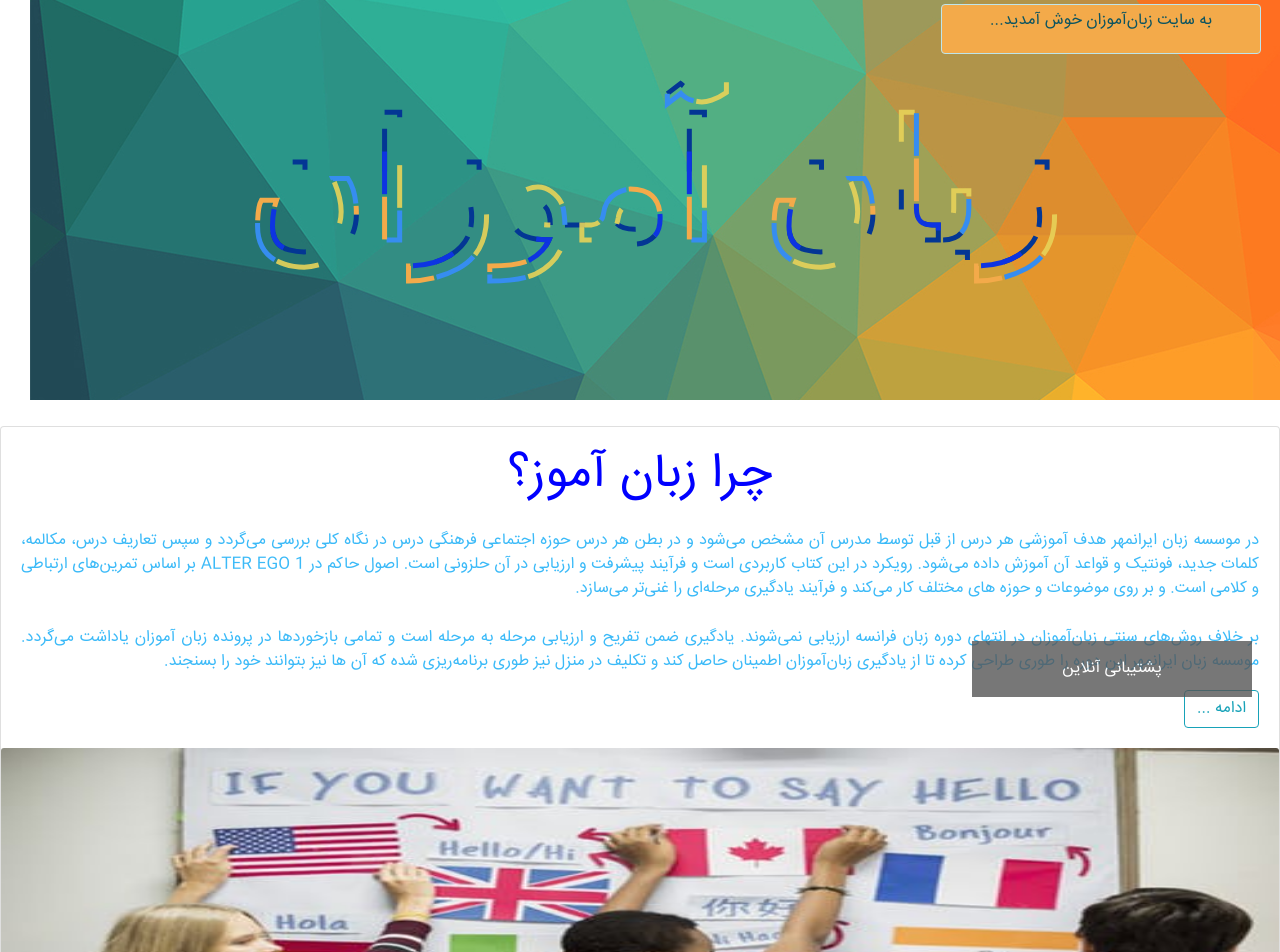
Repository: nikmahla/ZabanAmozan
Page: LanguageWebSite.html
An editor plug-in stored every save of this project. The page is shown before and after a run of saves, followed by the edit.
The browser window is 1280 px wide. The pictures show the part of the page from y = 0 to 952 px (the page is 3961 px tall).
A picture or video elsewhere on the page could not be fetched, so the positions and the page height are approximate.

Above is the page before, as saved 2019-10-11 22:04:22.

### LanguageWebSite.html
<html lang="en">

<head>
    <meta charset="UTF-8">
    <meta name="viewport" content="width=device-width, initial-scale=1.0">
    <meta http-equiv="X-UA-Compatible" content="ie=edge">
    <link rel="stylesheet" href="css/bootstrap.css">
    <link rel="stylesheet" href="css/stylesheet.css">
    <link rel="shortcut icon" href="images/fav.jpg" title="favicon">
    <script src="jquery.min.js"></script>
    <title>Learn New Language</title>
</head>

<body class="container-fluid">

    <div class="row bg-image">
        <svg viewBox="0 0 960 300">
            <symbol id="s-text">
                <text text-anchor="middle" x="50%" y="80%"> زبان آموزان</text>
            </symbol>

            <g class="g-ants">
                <use xlink:href="#s-text" class="text-copy"></use>
                <use xlink:href="#s-text" class="text-copy"></use>
                <use xlink:href="#s-text" class="text-copy"></use>
                <use xlink:href="#s-text" class="text-copy"></use>
                <use xlink:href="#s-text" class="text-copy"></use>
            </g>
        </svg>
    </div>

    <div id="alert" class="alert alert-info p-1 m-1">
        <p class="text-center">به سایت زبان‌آموزان خوش آمدید...</p>
    </div>

    <div class="row">
        <div class="card  " style="margin-top: 2%">
            <div class="card-body">
                <h5 class="card-title card-title-me"> چرا زبان آموز؟ </h5>
                <p class="card-body-me">در موسسه زبان ایرانمهر هدف آموزشی هر درس از قبل توسط مدرس آن مشخص می‌شود و در
                    بطن هر
                    درس حوزه اجتماعی فرهنگی درس در نگاه کلی بررسی می‌گردد و سپس تعاریف درس، مکالمه، کلمات جدید، فونتیک و
                    قواعد آن آموزش داده می‌شود. رویکرد در این کتاب کاربردی است و فرآیند پیشرفت و ارزیابی در آن حلزونی
                    است.
                    اصول حاکم در ALTER EGO 1 بر اساس تمرین‌های ارتباطی و کلامی است. و بر روی موضوعات و حوزه های مختلف
                    کار
                    می‌کند و فرآیند یادگیری مرحله‌‌ای را غنی‌تر می‌سازد.</p>
                <p class="card-body-me">
                    بر خلاف روش‌های سنتی زبان‌آموزان در انتهای دوره زبان فرانسه ارزیابی نمی‌شوند. یادگیری ضمن تفریح و
                    ارزیابی مرحله به مرحله است و تمامی بازخوردها در پرونده زبان آموزان یاداشت می‌گردد. موسسه زبان
                    ایرانمهر
                    این دوره را طوری طراحی کرده تا از یادگیری زبان‌آموزان اطمینان حاصل کند و تکلیف در منزل نیز طوری
                    برنامه‌ریزی شده که آن ها نیز بتوانند خود را بسنجند.
                </p>
                <button type="button" class="btn btn-outline-info">ادامه ...</button>

            </div>
            <img src="./images/fl031.jpg" class="card-img-top card-img" alt="">
        </div>
    </div>


    <div class="row ">
        <div class="col-md-6">
            <div class="videoplay ">
                <video class="img-fluid" autoplay="" loop="" playsinline="" muted="">
                    <source type="video/mp4" src="images/class03.mp4">
                </video>
            </div>
        </div>
        <div class="col-md-6 ">
            <h3 class="text-class">
                1.زمان مد نظرتو انتخاب کن
            </h3>
        </div>
    </div>

    <div class="row ">
        <div class="col-md-6 ">
            <h3 class="text-class">
                2.کلاستو انتخاب کن
            </h3>
        </div>
        <div class="col-md-6">
            <div class="videoplay ">
                <video class="img-fluid" autoplay="" loop="" playsinline="" muted="">
                    <source type="video/mp4" src="images/class031.mp4">
                </video>
            </div>
        </div>
    </div>

    <div class="row ">
        <div class="col-md-6">
            <div class="videoplay ">
                <video class="img-fluid" autoplay="" loop="" playsinline="" muted="">
                    <source type="video/mp4" src="images/class033.mp4">
                </video>
            </div>
        </div>
        <div class="col-md-6 ">
            <h3 class="text-class">
                3. برو کلاس
            </h3>
        </div>
    </div>

    <div class="row" style="margin-top:2% ">
        <div class="card card-box" style="width:30%">
            <img class="card-img-top" src="./images/cl8.jpg" alt="Card image">
            <div class="card-body">
                <h4 class="card-title">دوره های آموزش زبان فرانسه متوسطه بزرگسالان</h4>
                <p class="card-text">دوره های فشرده نیمه گروهی ( 6 تا 8 نفره )</p>
                <a href="#" class="btn btn-primary">مشاهده</a>
            </div>
        </div>

        <div class="card card-box" style="width:30%">
            <img class="card-img-top" src="./images/cl9.jpg" alt="Card image">
            <div class="card-body">
                <h4 class="card-title">دوره آموزش زبان فرانسه پیش متوسطه کودکان</h4>
                <p class="card-text">دوره زبان فرانسه پیش متوسطه کودکان (+A2)</p>
                <a href="#" class="btn btn-primary">مشاهده</a>
            </div>
        </div>

        <div class="card card-box" style="width:30%">
            <img class="card-img-top" src="./images/cl10.jpg" alt="Card image">
            <div class="card-body">
                <h4 class="card-title">دوره زبان فرانسه پیشرفته بزرگسالان</h4>
                <p class="card-text">دوره زبان فرانسه پیش متوسطه</p>
                <a href="#" class="btn btn-primary">مشاهده</a>
            </div>
        </div>
    </div>



    <div class="row bg">
        <h3 class="h1-list" data-shadow='dang!'>کلاسهای پاییز</h3>
    </div>



    <table class="table table-hover table-me">
        <thead>
            <tr>
                <th scope="col">#</th>
                <th scope="col">روزهای هفته</th>
                <th scope="col">کلاس</th>
                <th scope="col">استاد</th>
                <th> انتخاب</th>
            </tr>
        </thead>
        <tbody>
            <tr>
                <th scope="row">1</th>
                <td>شنبه</td>
                <td>زبان فرانسه</td>
                <td>دکتر رضایی</td>
                <td>
                    <button type="button" class="btn btn-outline-warning">مشاهده</button>
                </td>


            </tr>
            <tr>
                <th scope="row">2</th>
                <td>یکشنبه</td>
                <td>زبان فرانسه</td>
                <td>دکتر رضایی</td>
                <td>
                    <button type="button" class="btn btn-outline-warning">مشاهده</button>
                </td>

            </tr>
            <tr>
                <th scope="row">3</th>
                <td>دوشنبه</td>
                <td>زبان فرانسه</td>
                <td>دکتر رضایی</td>
                <td>
                    <button type="button" class="btn btn-outline-warning">مشاهده</button>
                </td>

            </tr>
            <tr>
                <th scope="row">4</th>
                <td>سه شنبه</td>
                <td>زبان فرانسه</td>
                <td>دکتر رضایی</td>
                <td>
                    <button type="button" class="btn btn-outline-warning">مشاهده</button>
                </td>
            </tr>
            <tr>
                <th scope="row">5</th>
                <td>چهارشنبه</td>
                <td>زبان فرانسه</td>
                <td>دکتر رضایی</td>
                <td>
                    <button type="button" class="btn btn-outline-warning">مشاهده</button>
                </td>
            </tr>
            <tr>
                <th scope="row">6</th>
                <td>پنجشنبه</td>
                <td>زبان فرانسه</td>
                <td>دکتر رضایی</td>
                <td>
                    <button type="button" class="btn btn-outline-warning">مشاهده</button>
                </td>

            </tr>
            <tr>
                <th scope="row">7</th>
                <td>جمعه</td>
                <td>زبان فرانسه</td>
                <td>دکتر رضایی</td>
                <td>
                    <button type="button" class="btn btn-outline-warning">مشاهده</button>
                </td>

            </tr>
        </tbody>
    </table>


    <button class="open-button" onclick="openForm()">پشتیبانی آنلاین</button>

    <div class="chat-popup" id="myForm">
        <form action="/action_page.php" class="form-container">
            <h5 class="text-right"> پشتیبانی زبان‌آموزان </h5>

            <label for="msg"><b> در خدمت شماست:</b></label>
            <textarea placeholder="متن ارسالی ..." name="msg" required></textarea>

            <button type="submit" class="btn">ارسال</button>
            <button type="button" class="btn cancel" onclick="closeForm()">بستن</button>
        </form>
    </div>



    <footer class="footer container-fluid">
        <div class="footer-middle">
            <div class="">
                <div class="row">
                    <div class="col-md-6 col-sm-6  ">

                        <div class="footer-pad">
                            <h4>راه های ارتباطی</h4>
                            <ul class="list-unstyled">
                                <li><a href="#"></a></li>
                                <li><a href="#">شماره تماس</a></li>
                                <li><a href="#">مشاوره حضوری</a></li>
                                <li><a href="#">ادرس ایمیل</a></li>
                                <li><a href="#">شبکه اجتماعی</a></li>

                            </ul>
                        </div>
                    </div>


                    <div class="col-md-6 col-sm-6 ">

                        <div class="footer-pad">
                            <h4> خواندیها برای شما</h4>
                            <ul class="list-unstyled">
                                <li><a href="#"> معرفی دیشکنری </a></li>
                                <li><a href="#">معرفی فیلم</a></li>
                                <li><a href="#">معرفی نرم افزار</a></li>
                                <li><a href="#">معرفی داستان</a></li>
                                <li><a href="#">معرفی سایت</a></li>
                                <li>
                                    <a href="#"></a>
                                </li>
                            </ul>
                        </div>
                    </div>

                </div>
                <div class="row">
                    <div class="col-md-12 copy">
                        <p class="text-center">&copy; حقوق مادی و معنوی سایت محفوظ است.</p>
                    </div>
                </div>


            </div>
        </div>
    </footer>

    <script >
        function openForm() {
            document.getElementById("myForm").style.display = "block";
        }

        function closeForm() {
            document.getElementById("myForm").style.display = "none";
        }
        $(document).ready(function () {
            setTimeout(function () {
                $('#alert').slideDown('slow');
            }, 3000);
        })
    </script>

</body>

</html>

### css/stylesheet.css
@font-face {
    font-family: 'iransans';
    src: url('../fonts/iransans_medium.woff2') format('woff2');
    font-weight: bold;
}

@font-face {
    font-family: 'iransans';
    src: url('../fonts/iransans_regular.woff2') format('woff2');
    font-weight: normal;
}

@font-face {
    font-family: 'iransans';
    src: url('../fonts/iransans_ultralight.woff2') format('woff2');
    font-weight: 200;
}

body {
    direction: rtl;
    text-align: right;
    margin: 0;
    font-family: 'iransans', tahoma;
}

* {
    box-sizing: border-box;
}

.videoplay {
    margin-top: 20%;
    min-width: 100%;
    min-height: 100%;
}

.text-class {
    margin-top: 45% !important;
    text-align: center;
    color: #3bbaf8
}

.bg-image {
    background-image: url('../images/bgh.png');
    height: 25rem;
    width: 100%;
}

.header-text {
    background: #8383e2;
}

.card-text {
    text-align: center;
    color: #115374;
    margin-top: 2%;
}

.card-btn {
    margin-top: 2%;
    color: blue;
}

.card-box {
    margin: 1%;
    padding: 1%;
    text-align: center;
}

.card-title-me {
    text-align: center;
    color: blue;
    font-size: 3rem;
}

.card-body-me {
    color: #3bbaf8;
    margin-top: 2%;
    text-align: justify;
}

.card-img {
    height: 25rem;
}

svg {
    display: block;
    font: 10.5em 'Montserrat';
    width: 960px;
    height: 300px;
    margin: 0 auto;
}

.text-copy {
    fill: none;
    stroke: white;
    stroke-dasharray: 6% 29%;
    stroke-width: 5px;
    stroke-dashoffset: 0%;
    animation: stroke-offset 5.5s infinite linear;
}

.text-copy:nth-child(1) {
    stroke: rgb(3, 54, 148);
    animation-delay: -1;
}

.text-copy:nth-child(2) {
    stroke: #e7d258e7;
    animation-delay: -2s;
}

.text-copy:nth-child(3) {
    stroke: rgb(54, 141, 240);
    animation-delay: -3s;
}

.text-copy:nth-child(4) {
    stroke: rgb(243, 170, 74);
    animation-delay: -4s;
}

.text-copy:nth-child(5) {
    stroke: rgb(13, 52, 226);
    animation-delay: -5s;
}

@keyframes stroke-offset {
    100% {
        stroke-dashoffset: -35%;
    }
}

.bg {
    margin: 2rem 0 2rem 0;
    text-align: center;
    background-color: rgba(243, 93, 33, 0.849);
}

.h1-list {
    margin-right: 20%;
    display: inline-block;
    color: white;
    font-size: 9em;
    text-shadow: .03em .03em 0 rgb(235, 71, 6);
}

.table-me {
    margin: 1rem 0 1rem 0;
    overflow: hidden;
}

.bt-me {
    color: orangered;
}

footer {
    width: 100%;
    background: #16222A;
    background: -webkit-linear-gradient(59deg, #3A6073, #16222A);
    background: linear-gradient(59deg, #3A6073, #16222A);
    color: white;
    margin-top: 100px;
    text-align: center;
}

footer a {
    color: #fff;
    font-size: 14px;
    transition-duration: 0.2s;
    display: inline-block;
}

footer a:hover {
    color: #FA944B;
    text-decoration: none;
}

.copy {
    font-size: 12px;
    padding: 10px;
    border-top: 1px solid #FFFFFF;
}

.footer-middle {
    padding-top: 2em;
    color: white;
}

.open-button {
    background-color: #555;
    color: white;
    padding: 16px 20px;
    border: none;
    cursor: pointer;
    opacity: 0.8;
    position: fixed;
    bottom: 23px;
    right: 28px;
    width: 280px;
}

/* The popup chat - hidden by default */

.chat-popup {
    display: none;
    position: fixed;
    bottom: 0;
    right: 15px;
    border: 3px solid #f1f1f1;
    z-index: 9;
}

/* Add styles to the form container */

.form-container {
    max-width: 300px;
    padding: 10px;
    background-color: white;
}

/* Full-width textarea */

.form-container textarea {
    width: 100%;
    padding: 15px;
    margin: 5px 0 22px 0;
    border: none;
    background: #f1f1f1;
    resize: none;
    min-height: 200px;
}

/* When the textarea gets focus, do something */

.form-container textarea:focus {
    background-color: #ddd;
    outline: none;
}

/* Set a style for the submit/send button */

.form-container .btn {
    background-color: #4CAF50;
    color: white;
    padding: 16px 20px;
    border: none;
    cursor: pointer;
    width: 100%;
    margin-bottom: 10px;
    opacity: 0.8;
}

/* Add a red background color to the cancel button */

.form-container .cancel {
    background-color: red;
}

/* Add some hover effects to buttons */

.form-container .btn:hover, .open-button:hover {
    opacity: 1;
}

#alert {
    position: fixed;
    top: 0;
    left: ;
    width: 25%;
    display: none;
    background-color: rgb(243, 170, 74);
}

Loaded but not shown: css/bootstrap.css (library); node_modules/jquery/dist/jquery.min.js (library)

After the next 2 saves:
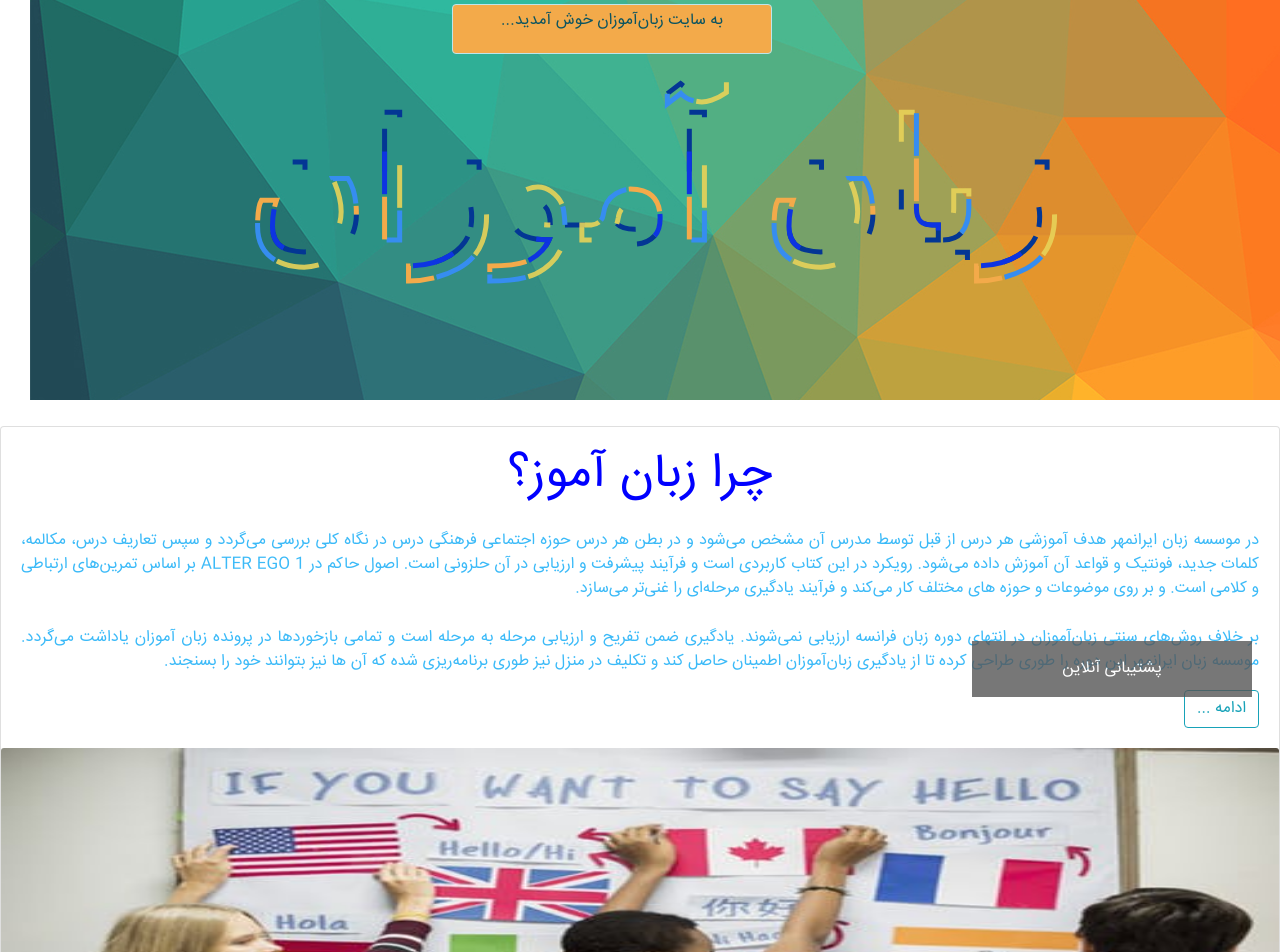
The 2 saves are shown as one change because they came seconds apart.
The last was saved 5 s later.
--- a/css/stylesheet.css
+++ b/css/stylesheet.css
@@ -265,7 +265,7 @@ footer a:hover {
 #alert {
     position: fixed;
     top: 0;
-    left: ;
+    left: 35%;
     width: 25%;
     display: none;
     background-color: rgb(243, 170, 74);
